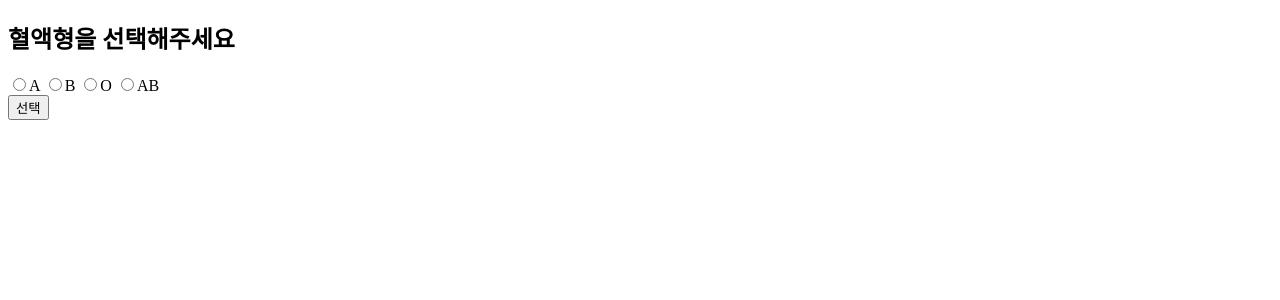
Repository: Jin0207/html_css
Page: day1130/src/main/webapp/inputTest04.html
The author's editor kept a copy of each file at every save. The page is drawn from the files as they stood at one save, then again after the next save.
The browser window is 1280 px wide. The pictures show the whole page.

Above is the page before, as saved 2021-11-30 03:44:30.

After the next save:
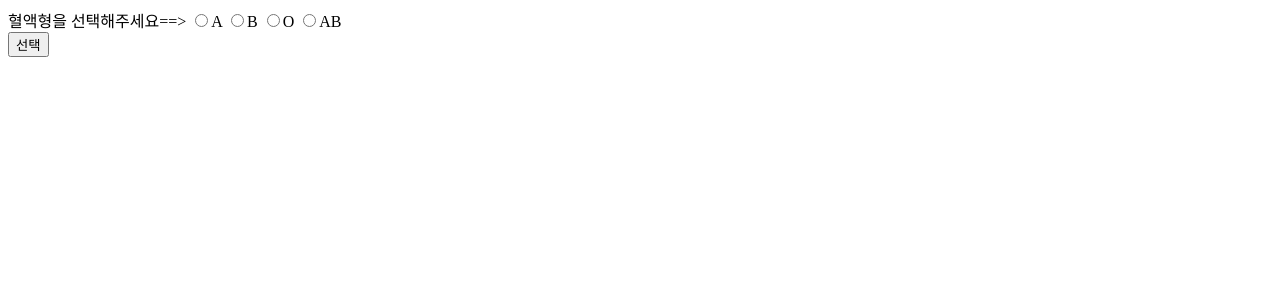
Saved 11 s later.
--- a/day1130/src/main/webapp/inputTest04.html
+++ b/day1130/src/main/webapp/inputTest04.html
@@ -6,7 +6,7 @@
 </head>
 <body>
 	<form action="inputTestOK04.jsp" method="post">
-		<h2>혈액형을 선택해주세요</h2>
+		혈액형을 선택해주세요==>
 		<input type="radio" name="blood" value="A">A
 		<input type="radio" name="blood" value="B">B
 		<input type="radio" name="blood" value="O">O
